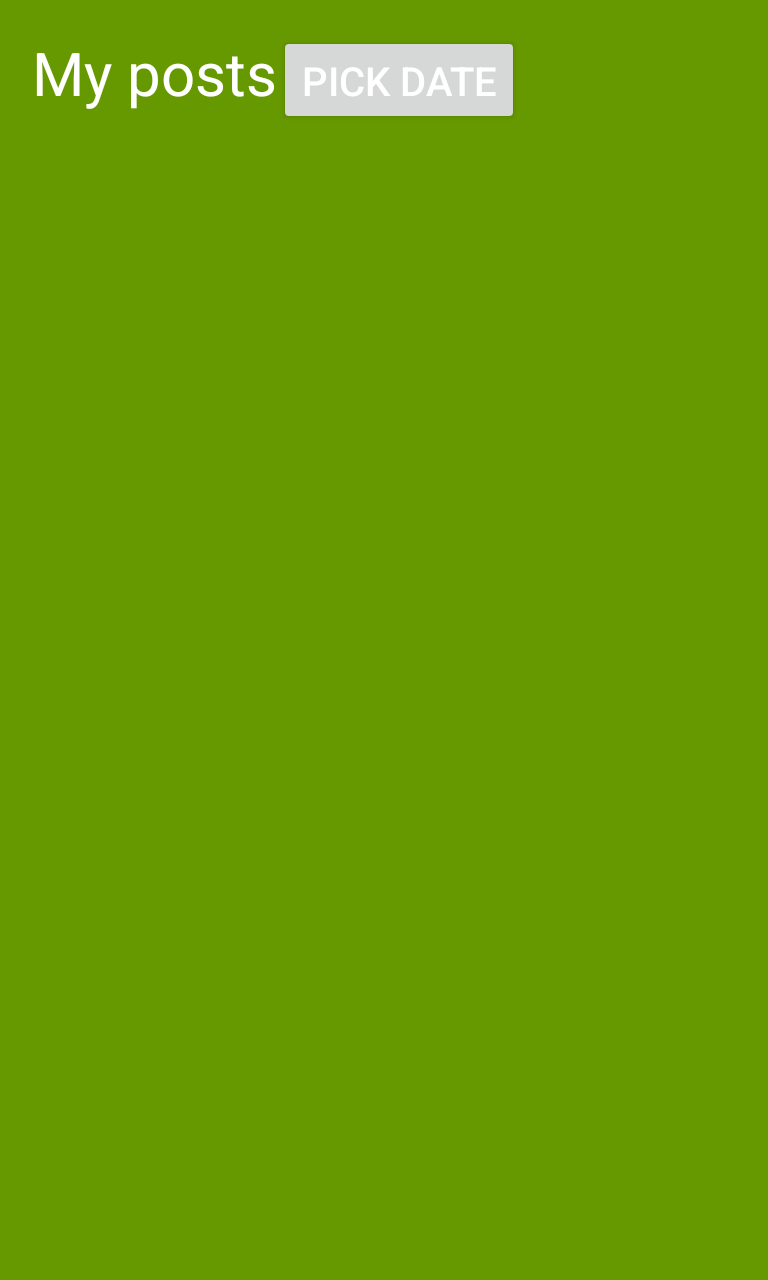
Repository: bwoldemi/LilyTrans
Layout: TransLily/res/layout/activity_booked_ride.xml
The author's editor kept a copy of each file at every save. The layout is drawn from the files as they stood at one save, then again after the next save.
It is drawn on a 768 x 1280 px phone screen (xhdpi) without system bars, with theme AppTheme; the app's code is not run. Lists and similar views that code fills are empty.

Above is the layout before, as saved 2014-11-08 20:13:11.

After the next save:
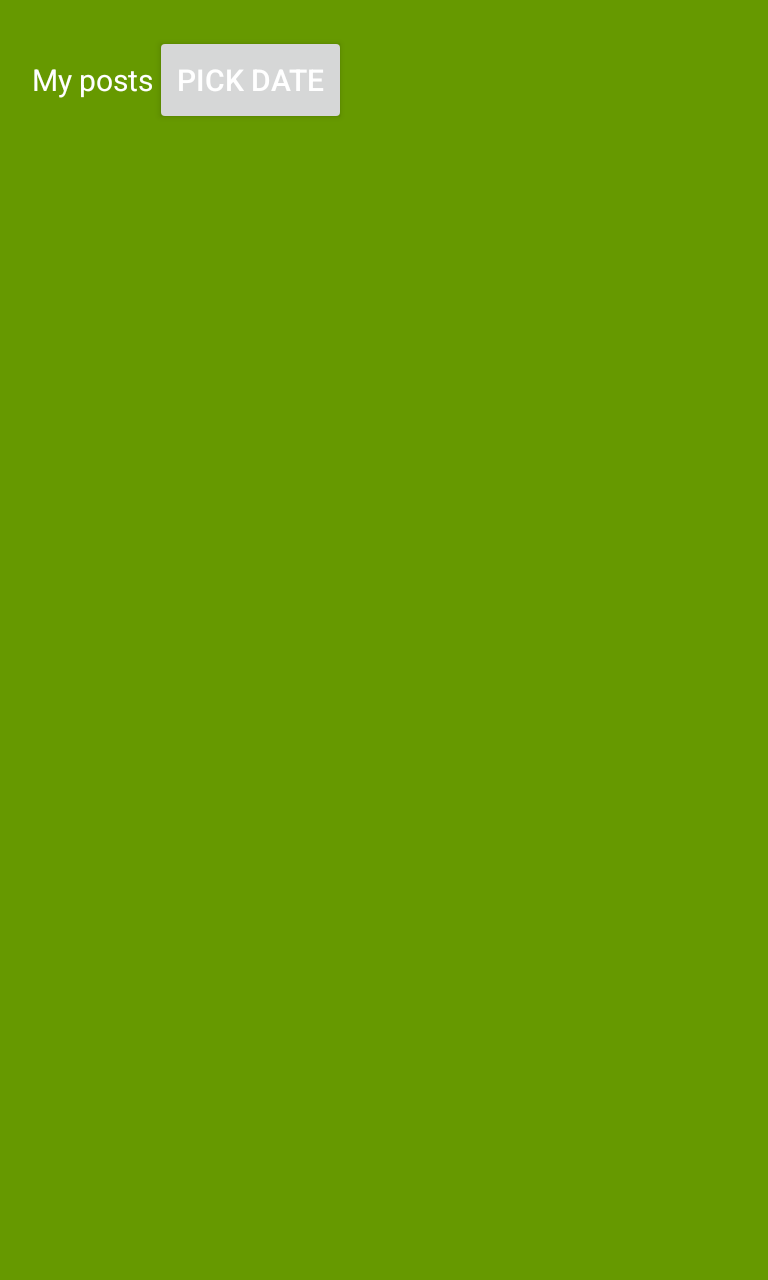
Saved 58 min 42 s later.
--- a/TransLily/res/layout/activity_booked_ride.xml
+++ b/TransLily/res/layout/activity_booked_ride.xml
@@ -21,14 +21,14 @@
             android:layout_height="wrap_content"
             android:text="@string/My_Post_rides"
             android:textColor="#FFF"
-            android:textSize="30sp" />
+            android:textSize="15sp" />
 
         <Button
             android:layout_width="wrap_content"
             android:layout_height="wrap_content"
             android:text="@string/pick_date"
             android:textColor="#FFF"
-            android:textSize="20sp" />
+            android:textSize="15sp" />
     </LinearLayout>
 
     <ListView
